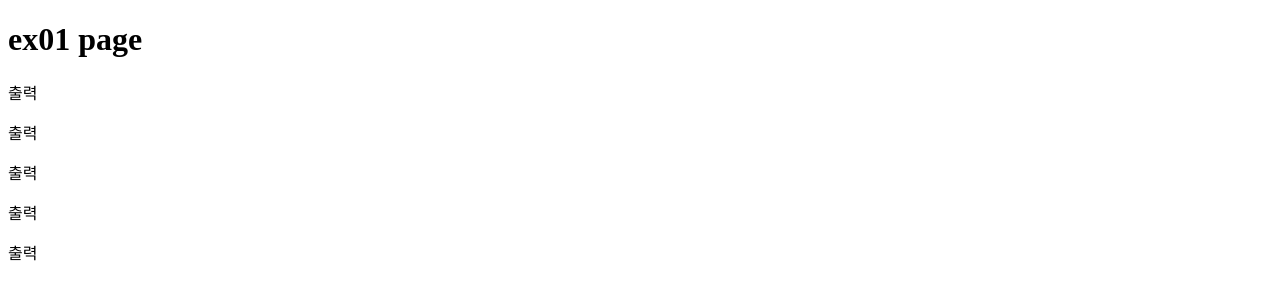
Repository: hwa3845/fullstackjava
Page: http://localhost/web01/ex01.jsp
An editor plug-in stored every save of this project. The page is shown before and after the next save, followed by the edit.
The browser window is 1280 px wide. The pictures show the whole page.
The page is served by Tomcat 9.

Above is the page before, as saved 2025-04-14 08:45:24.

### webWorkspace/web01/WebContent/ex01.jsp
<%@ page language="java" contentType="text/html; charset=UTF-8"
    pageEncoding="UTF-8"%>
<!DOCTYPE html PUBLIC "-//W3C//DTD HTML 4.01 Transitional//EN" "http://www.w3.org/TR/html4/loose.dtd">
<html>
<head>
<meta http-equiv="Content-Type" content="text/html; charset=UTF-8">
<title>Insert title here</title>
</head>
<body>
	<h1>ex01 page</h1>
	<%
	System.out.println("출력");
	for(int i=0; i<5; i++){
		out.print("<p>출력</p>");
	}
	%>
</body>
</html>

After the next save:
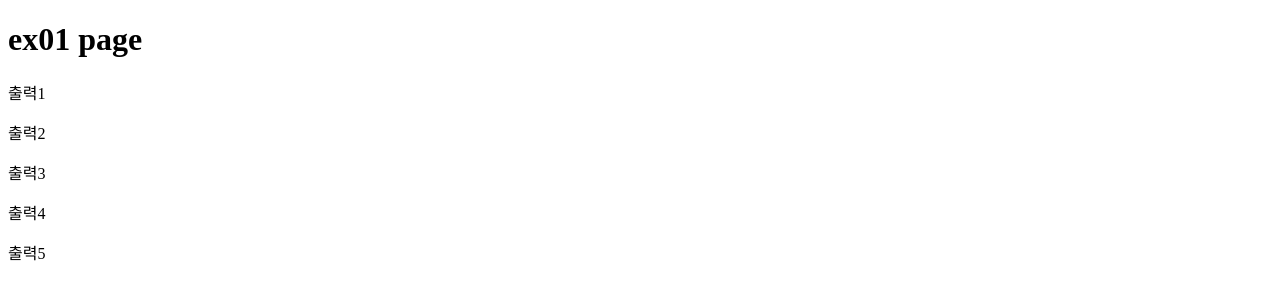
Saved 100 s later.
--- a/webWorkspace/web01/WebContent/ex01.jsp
+++ b/webWorkspace/web01/WebContent/ex01.jsp
@@ -11,7 +11,7 @@
 	<%
 	System.out.println("출력");
 	for(int i=0; i<5; i++){
-		out.print("<p>출력</p>");
+		out.print("<p>출력"+(i+1)+"</p>");
 	}
 	%>
 </body>
